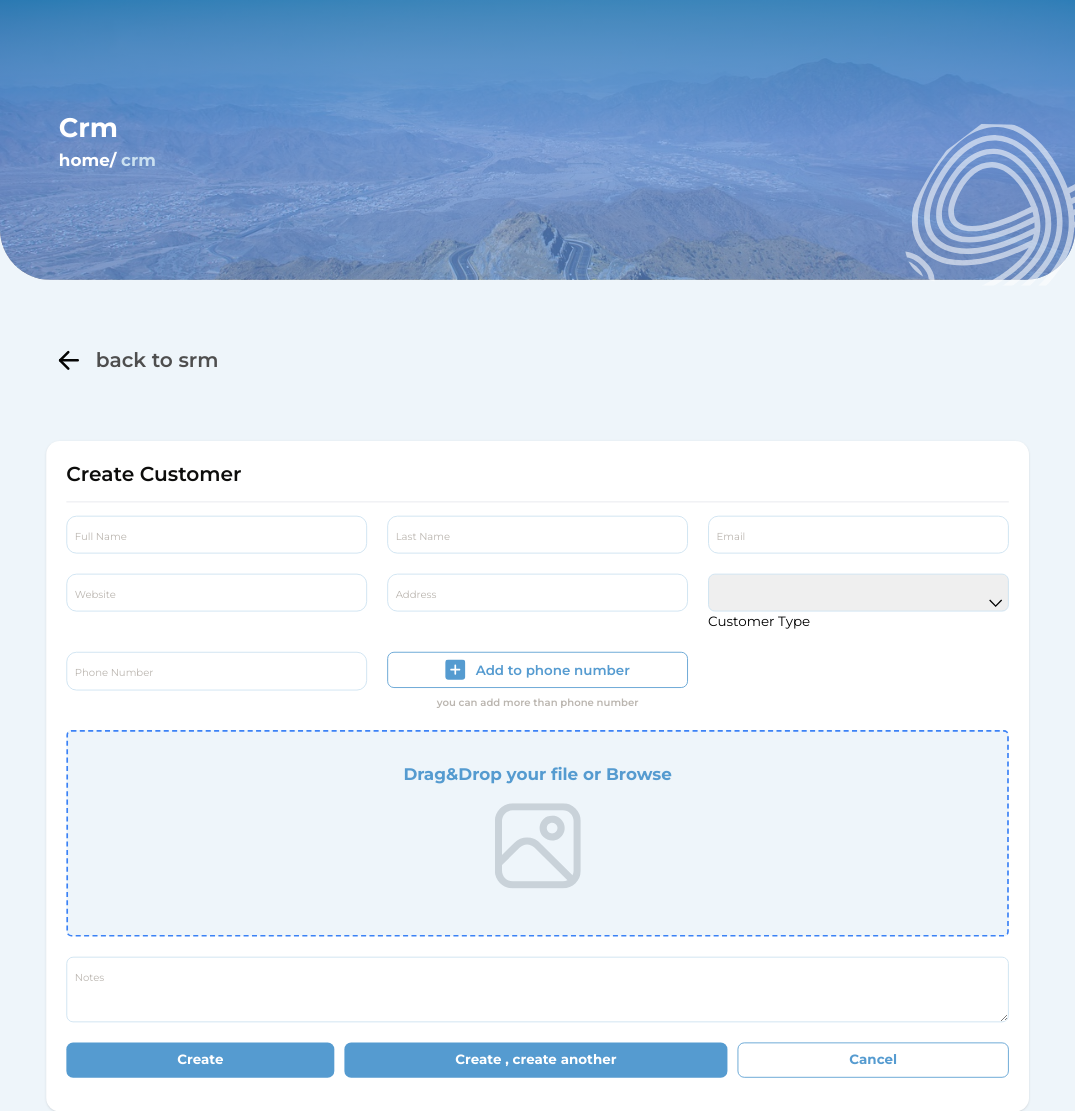
Repository: Abdelrhman-asker-smart/JsdcPIF
Page: create-customer.html
The author's editor kept a copy of each file at every save. The page is drawn from the files as they stood at one save, then again after the next save.
The browser window is 1280 px wide. The pictures show the whole page, at 84% of full size.
Some web libraries are served in a nearby version.

Above is the page before, as saved 2025-03-09 14:00:05.

After the next save:
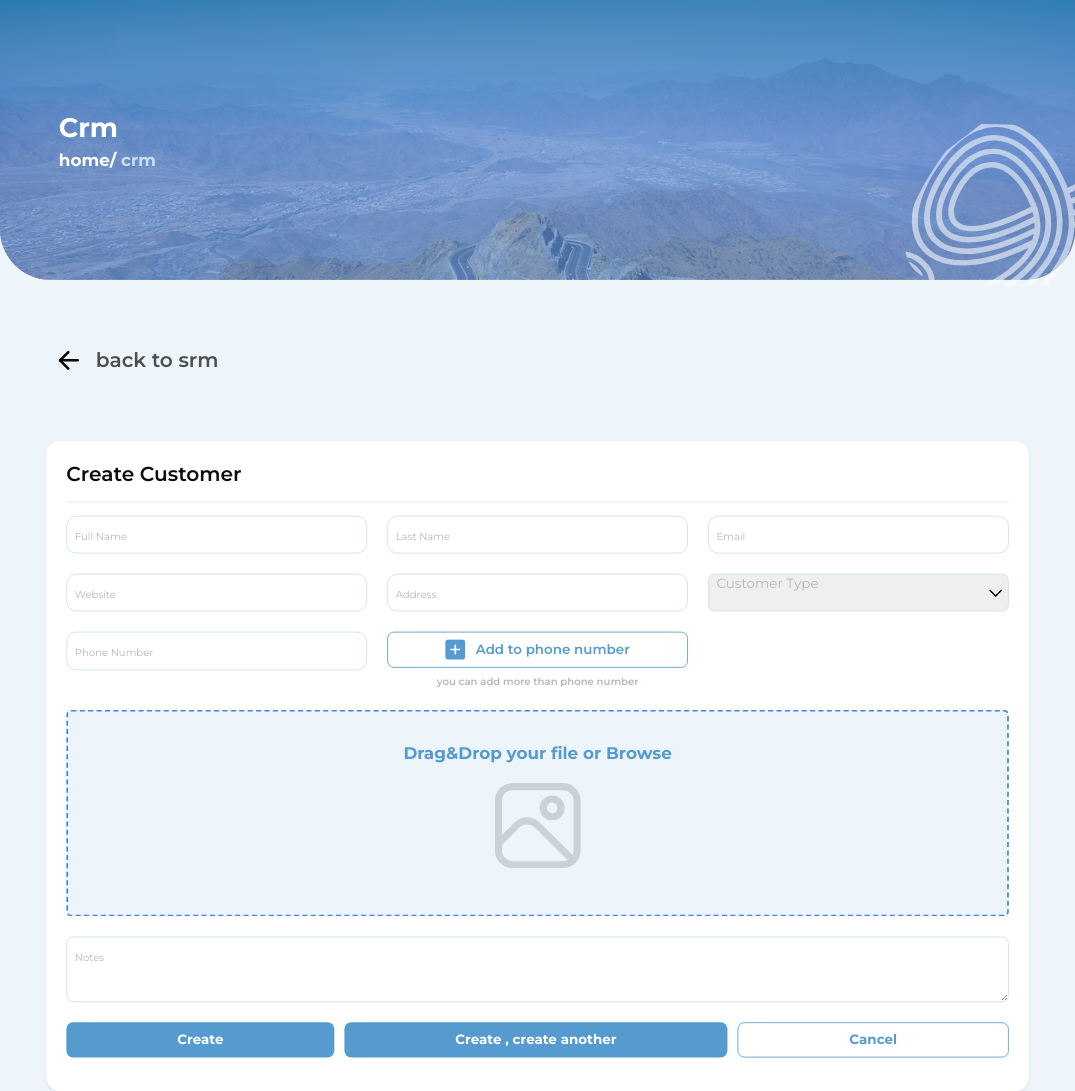
Saved 4 s later.
--- a/create-customer.html
+++ b/create-customer.html
@@ -69,7 +69,7 @@
       font-weight: 600;
     }
 
-  select:focus ~  .floating-label-select {
+  select ~  .floating-label-select {
       position: absolute;
       left: 0.625rem;
       padding: 0;
